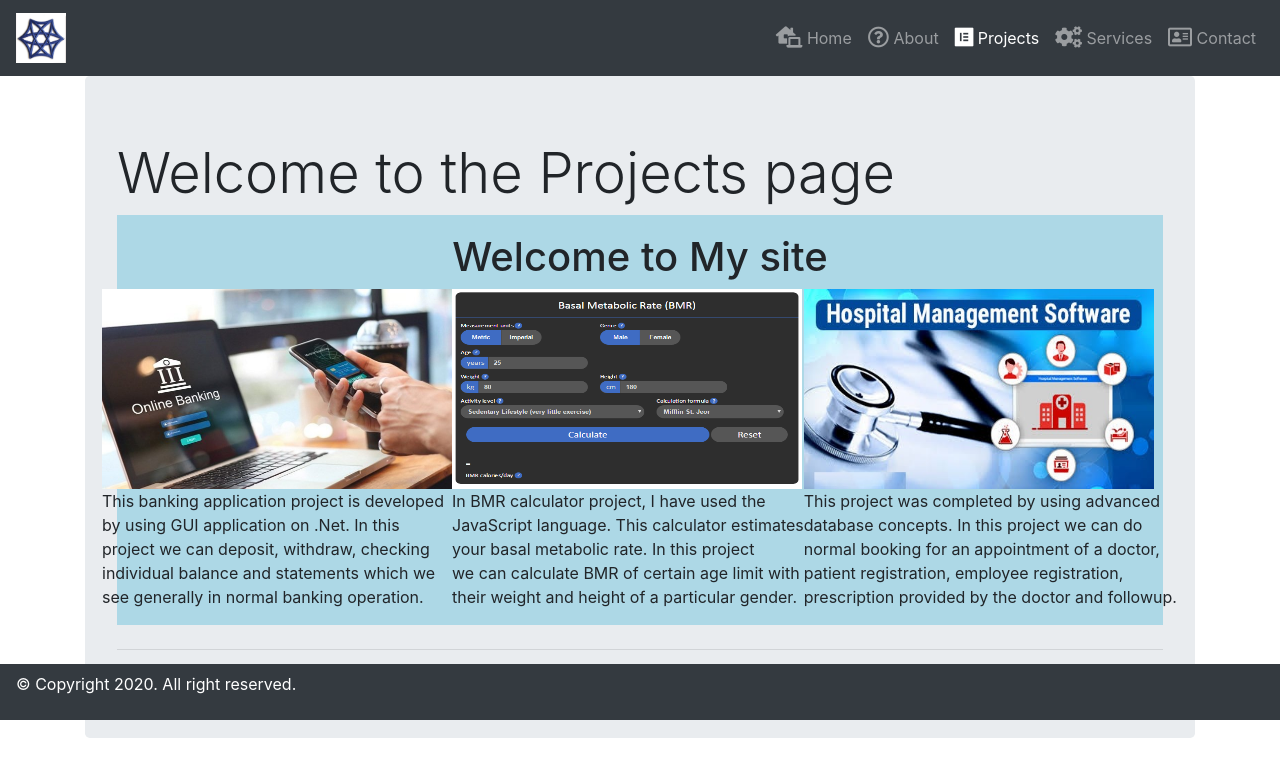
Repository: laxmangothe2020/COMP229Assignment
Page: http://localhost/projects
An editor plug-in stored every save of this project. The page is shown before and after the next save, followed by the edit.
The browser window is 1280 px wide. The pictures show the whole page.
The page is served by the project's Node server (server.js).

Above is the page before, as saved 2021-02-11 23:46:24.

After the next save:
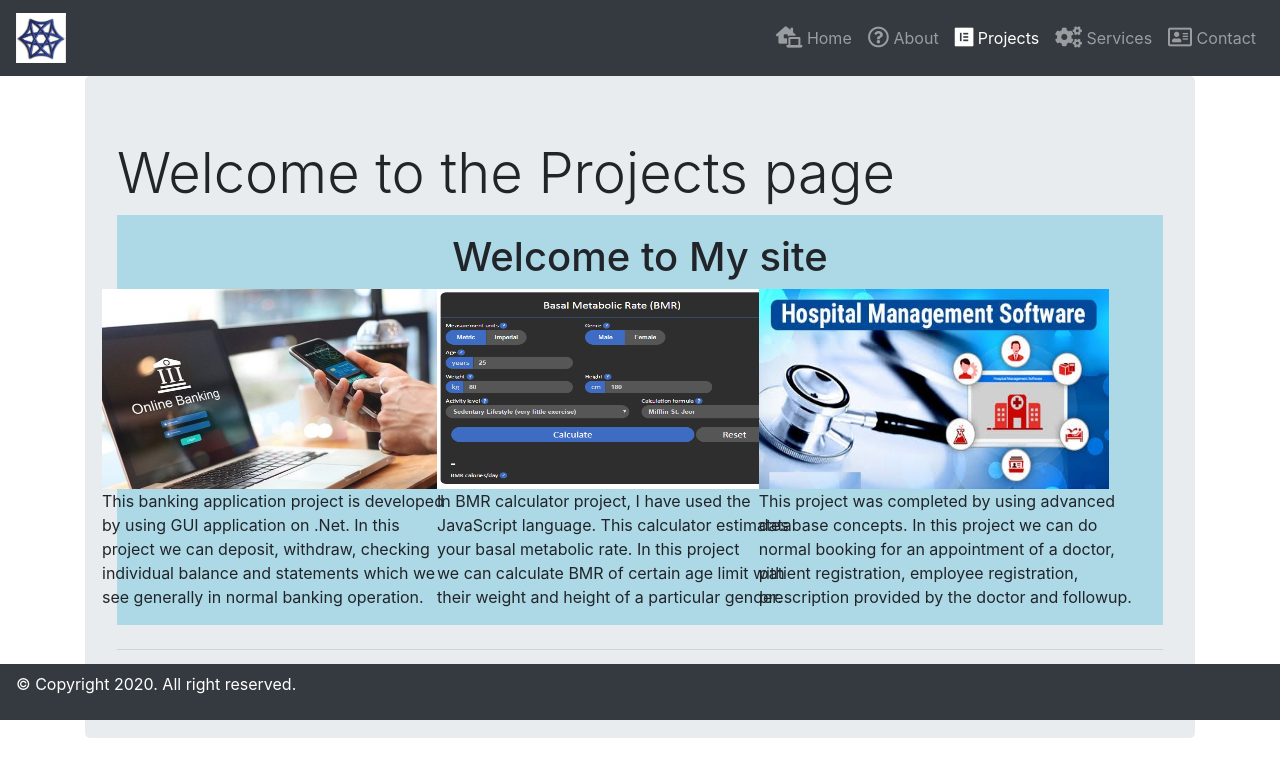
Saved 59 s later.
--- a/views/partials/projects.ejs
+++ b/views/partials/projects.ejs
@@ -15,7 +15,7 @@
                  see generally in normal banking operation.</p>
             </div>
 
-
+            <div class="row">
            <div class="column">
              <img src="./Assets/images/bmr.png" width="350" height="200" >
               <p> In BMR calculator project, I have used the<br>
@@ -24,6 +24,9 @@
                   we can calculate BMR of certain age limit with <br>
                   their weight and height of a particular gender.</p>
            </div>
+        </div>
+
+        <div class="row">
            <div class="column">
                <img src="./Assets/images/hospital.jpg" width="350" height="200" >
                <p> This project was completed by using advanced<br>
@@ -32,6 +35,7 @@
                    patient registration, employee registration,<br>
                    prescription provided by the doctor and followup.</p>
            </div>
+        </div>
       </div>
   </div>
 </div>

After the save that followed:
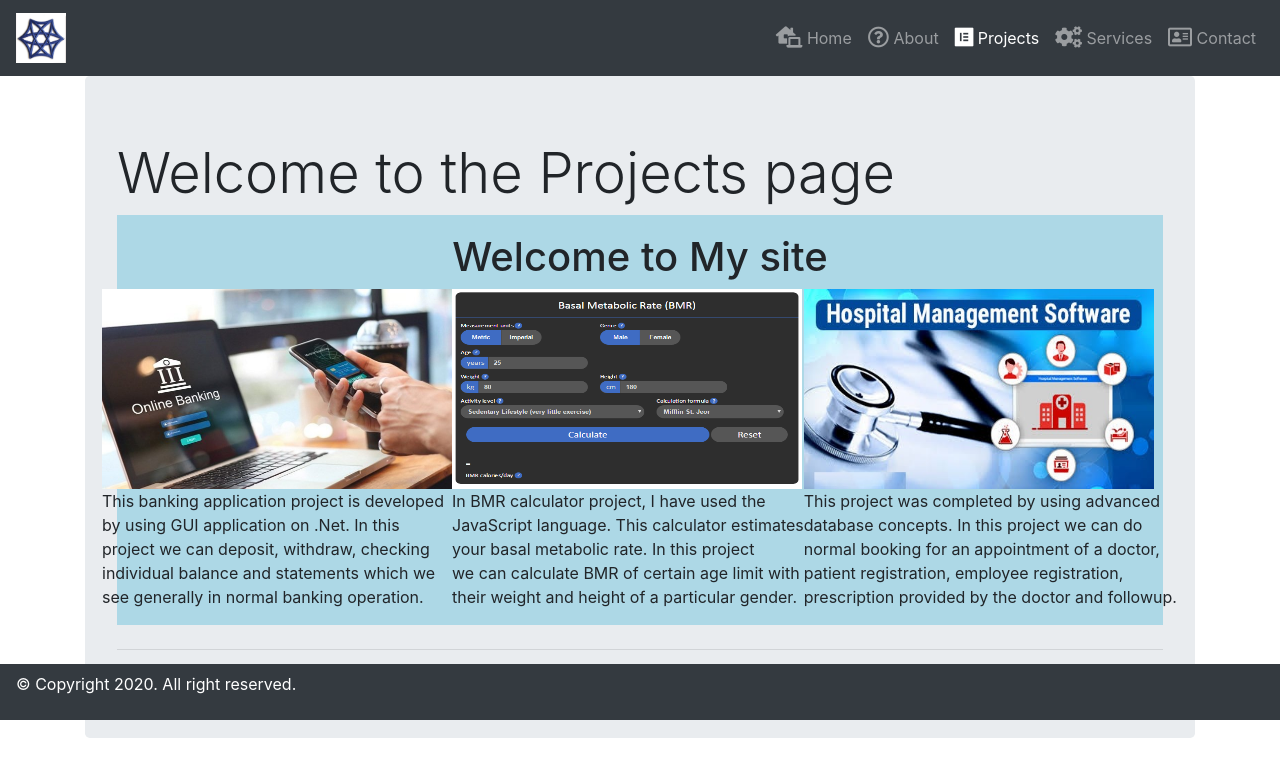
Saved 2 min 22 s later.
--- a/views/partials/projects.ejs
+++ b/views/partials/projects.ejs
@@ -5,7 +5,7 @@
         <h1 style="text-align:center;">Welcome to My site</h1>
         <div style="width: 100%;height:100%;background-color:lightblue;"></div>
           <div id="contentEditable">
-            <div class="row">
+            <div class = "row">
              <div class="column">
               <img src="./Assets/images/banking.jpg" width="350" height="200">
               <p> This banking application project is developed<br>
@@ -15,7 +15,7 @@
                  see generally in normal banking operation.</p>
             </div>
 
-            <div class="row">
+
            <div class="column">
              <img src="./Assets/images/bmr.png" width="350" height="200" >
               <p> In BMR calculator project, I have used the<br>
@@ -24,9 +24,9 @@
                   we can calculate BMR of certain age limit with <br>
                   their weight and height of a particular gender.</p>
            </div>
-        </div>
 
-        <div class="row">
+
+
            <div class="column">
                <img src="./Assets/images/hospital.jpg" width="350" height="200" >
                <p> This project was completed by using advanced<br>
@@ -36,6 +36,7 @@
                    prescription provided by the doctor and followup.</p>
            </div>
         </div>
+
       </div>
   </div>
 </div>
